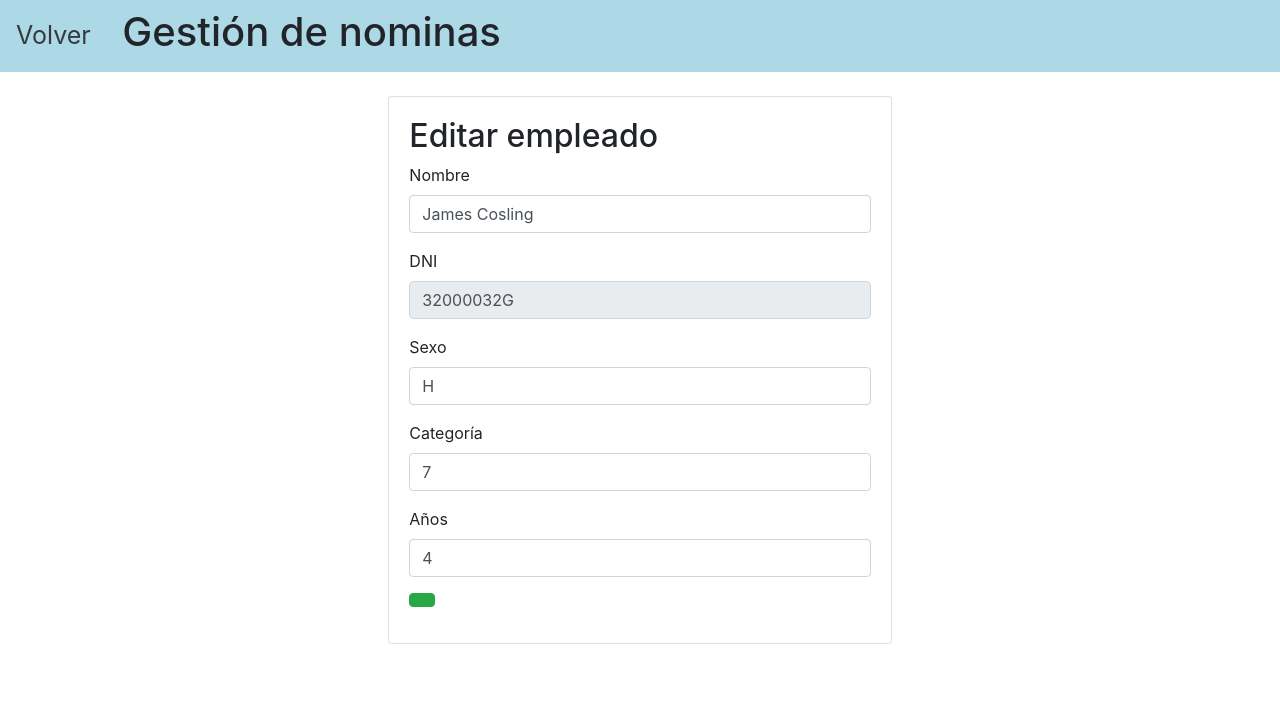
Repository: BurstSword/DWES
Page: http://localhost/NominasFinalV2/EmpleadoServlet?action=editar&dni=32000032G
These files come from the project's save history. The page is drawn as it stood at one moment and after the next save; the edit follows.
The browser window is 1280 px wide. The pictures show the whole page.
The page is served by Tomcat 9. Other server files are loaded and not shown. The database holds what the project's SQL file puts in it.

Above is the page before, as saved 2020-10-21 08:58:21.

### NominasFinalV2/WebContent/WEB-INF/pages/editarEmpleado.jsp
<%@ page language="java" contentType="text/html; charset=UTF-8"
 pageEncoding="UTF-8"%>
    <%@ taglib uri="http://java.sun.com/jsp/jstl/core" prefix="c"%>
        <html>

        <head>
            <title>Gestión de Nóminas</title>
            <link rel="stylesheet" href="//maxcdn.bootstrapcdn.com/bootstrap/4.0.0/css/bootstrap.min.css">
        </head>

        <body>

            <nav class="navbar navbar-expand-md navbar-dark" style="background-color: lightblue">
                <a href="/NominasFinalV2/EmpleadoServlet?action=lista" class="text-dark" style="font-size: 25px;">Volver</a>

                    <div class="container">
                      <h1 class="text-center">Gestión de nominas</h1>
                    </div>
                </nav>
            <br>
            <div class="container col-md-5">
                <div class="card">
                    <div class="card-body">
                        <h2>Editar empleado</h2>

                        <form method="post" action="/NominasFinalV2/EmpleadoServlet?action=modificar">

                        <fieldset class="form-group">
                            <label>Nombre</label> <input type="text" value="<c:out value='${empleado.nombre}' />" class="form-control"  name="nombre" required="required">
                        </fieldset>

						<fieldset class="form-group">
                            <label>DNI</label> <input readonly type="text" value="<c:out value='${empleado.dni}' />" class="form-control" name="dni" required="required">
                        </fieldset>

                        <fieldset class="form-group">
                            <label>Sexo</label> <input type="text" value="<c:out value='${empleado.sexo}' />" class="form-control" name="sexo" required="required">
                        </fieldset>

                        <fieldset class="form-group">
                            <label>Categoría</label> <input type="text" value="<c:out value='${empleado.categoria}' />" name="categoria" class="form-control" >
                        </fieldset>

                        <fieldset class="form-group">
                            <label>Años</label> <input type="text" value="<c:out value='${empleado.anyos}' />" name="anyos" class="form-control" >
                        </fieldset>

                        <button type="submit" class="btn btn-success"></button>
                        </form>
                    </div>
                </div>
            </div>
        </body>

        </html>

### NominasFinalV2/src/controlador/EmpleadoServlet.java
package controlador;

import java.io.IOException;
import java.sql.SQLException;
import java.util.List;

import javax.servlet.RequestDispatcher;
import javax.servlet.ServletException;
import javax.servlet.annotation.WebServlet;
import javax.servlet.http.HttpServlet;
import javax.servlet.http.HttpServletRequest;
import javax.servlet.http.HttpServletResponse;

import dao.EmpleadoDAO;
import model.Empleado;

/**
 * Servlet implementation class EmpleadoServlet
 */
@WebServlet("/EmpleadoServlet")
public class EmpleadoServlet extends HttpServlet {
	private static final long serialVersionUID = 1L;

    /**
     * @see HttpServlet#HttpServlet()
     */
    public EmpleadoServlet() {
        super();
        // TODO Auto-generated constructor stub
    }

	/**
	 * @see HttpServlet#doGet(HttpServletRequest request, HttpServletResponse response)
	 */
	protected void doGet(HttpServletRequest request, HttpServletResponse response) throws ServletException, IOException {
		// TODO Auto-generated method stub
		 String action = request.getParameter("action");

	        try {
	            switch (action) {
	                case "nuevoEmpleado":
	                    nuevoEmpleado(request, response);
	                    break;
	                case "lista":
	                	listarEmpleados(request, response);
	                    break;
	                case"eliminar":
	                	eliminarEmpleado(request, response);
	                	break;
	                case "editar":
	                    actualizarEmpleado(request,response);
	                    break;
	                case "menu":
	                    paginaPrincipal(request,response);
	                    break;
	            }
	        } catch (SQLException ex) {
	            throw new ServletException(ex);
	        }
	    }


	/**
	 * @see HttpServlet#doPost(HttpServletRequest request, HttpServletResponse response)
	 */
	protected void doPost(HttpServletRequest request, HttpServletResponse response) throws ServletException, IOException {
		// TODO Auto-generated method stub
		String action = request.getParameter("action");

        try {
            switch (action) {

                case "insertar":
                    insertarEmpleado(request, response);
                    break;
                case "modificar":
                	modificarEmpleado(request,response);
                	break;

            }
        } catch (SQLException ex) {
            throw new ServletException(ex);
        }
		doGet(request, response);
	}
	private void listarEmpleados(HttpServletRequest request, HttpServletResponse response)
		    throws SQLException, IOException, ServletException {
		        List < Empleado > listaEmpleado = EmpleadoDAO.listarEmpleados();
		        request.setAttribute("listaEmpleado", listaEmpleado);
		        RequestDispatcher dispatcher = request.getRequestDispatcher("/WEB-INF/pages/lista.jsp");
		        dispatcher.forward(request, response);
		    }

	 private void insertarEmpleado(HttpServletRequest request, HttpServletResponse response)
			    throws SQLException, IOException, ServletException {
			        String nombre = request.getParameter("nombre");
			        String dni = request.getParameter("dni");
			        String sexo = request.getParameter("sexo");
			        String anyosStr =request.getParameter("anyos") ;
			        String categoriaStr = request.getParameter("categoria") ;
			        System.out.println(nombre);
			        int anyos= Integer.parseInt(anyosStr);
			        int categoria= Integer.parseInt(categoriaStr);
			        Empleado empleado = new Empleado(nombre, dni, sexo, anyos, categoria);
			        EmpleadoDAO.insertarEmpleado(empleado);
			        listarEmpleados(request,response);
			    }

	 private void paginaPrincipal(HttpServletRequest request, HttpServletResponse response) throws ServletException, IOException {
		 RequestDispatcher dispatcher = request.getRequestDispatcher("index.jsp");
	        dispatcher.forward(request, response);
	 }
	 private void eliminarEmpleado(HttpServletRequest request, HttpServletResponse response)
			    throws SQLException, IOException, ServletException {
			        String dni = request.getParameter("dni");
			        EmpleadoDAO.eliminarEmpleado(dni);
			        listarEmpleados(request,response);

			    }
	 private void modificarEmpleado(HttpServletRequest request, HttpServletResponse response)
			    throws SQLException, IOException, ServletException {
			        String nombre = request.getParameter("nombre");
			        String dni = request.getParameter("dni");
			        String sexo = request.getParameter("sexo");
			        String anyosStr =request.getParameter("anyos") ;
			        String categoriaStr = request.getParameter("categoria") ;
			        System.out.println(nombre);
			        int anyos= Integer.parseInt(anyosStr);
			        int categoria= Integer.parseInt(categoriaStr);
			        Empleado empleado = new Empleado(nombre, dni, sexo, anyos, categoria);
			        EmpleadoDAO.actualizarEmpleado(empleado);
			        listarEmpleados(request,response);
			    }
	 private void actualizarEmpleado(HttpServletRequest request, HttpServletResponse response)
			    throws SQLException, IOException, ServletException {

			        String dni = request.getParameter("dni");

			        Empleado empleado = EmpleadoDAO.extraerEmpleado(dni);
			        request.setAttribute("empleado",empleado);
			        RequestDispatcher dispatcher = request.getRequestDispatcher("/WEB-INF/pages/editarEmpleado.jsp");
			        dispatcher.forward(request, response);


			    }
	 private void nuevoEmpleado(HttpServletRequest request, HttpServletResponse response) throws ServletException, IOException {
		 RequestDispatcher dispatcher = request.getRequestDispatcher("/WEB-INF/pages/nuevoEmpleado.jsp");
	        dispatcher.forward(request, response);
	 }
}

### NominasFinalV2/src/dao/EmpleadoDAO.java
package dao;

import java.sql.Connection;
import java.sql.DriverManager;
import java.sql.PreparedStatement;
import java.sql.ResultSet;
import java.sql.SQLException;
import java.sql.Statement;
import java.util.ArrayList;
import java.util.List;

import model.Empleado;
import model.Nomina;

public class EmpleadoDAO {

	private static Connection dbConnection;

	private static final String insertarEmpleadoSQL = "INSERT INTO empleados"
			+ "  (nombre, dni, sexo, anyos, categoria) VALUES " + " (?, ?, ?, ? , ?);";

	private static final String extraerEmpleado = "select nombre, dni, sexo, anyos, categoria from empleados where dni =?";
	private static final String listarEmpleados = "select * from empleados";
	private static final String eliminarEmpleado = "delete from empleados where dni = ?;";
	private static final String eliminarNomina = "delete from nominas where dniEmpleados = ?;";
	private static final String actualizarEmpleado = "update empleados set nombre = ?,sexo= ?, categoria =?, anyos =? where dni = ?;";

	public static Connection getDBConnection() {
		try {
			Class.forName("com.mysql.cj.jdbc.Driver");
		} catch (ClassNotFoundException e) {
			System.out.println(e.getMessage());
		}

		try {
			dbConnection = DriverManager.getConnection("jdbc:mysql://localhost/nominas", "root", "");
		} catch (SQLException e) {
			System.out.println(e.getMessage());
		}
		return dbConnection;
	}

	public static void insertarEmpleado(Empleado empleado) throws SQLException {


		try (Connection connection = getDBConnection();
				PreparedStatement preparedStatement = connection.prepareStatement(insertarEmpleadoSQL)) {
			preparedStatement.setString(1, empleado.getNombre());
			preparedStatement.setString(2, empleado.getDni());
			preparedStatement.setString(3, empleado.getSexo());
			preparedStatement.setInt(4, empleado.getAnyos());
			preparedStatement.setInt(5, empleado.getCategoria());
			preparedStatement.executeUpdate();
		} catch (SQLException e) {
			System.out.println("Error al insertar el empleado");
		}
	}



	public static List<Empleado> listarEmpleados() {
		Connection connection = null;
		PreparedStatement preparedStatement = null;
		ResultSet rs = null;
		List<Empleado> empleados = new ArrayList<>();

		try {
			connection = getDBConnection();

			preparedStatement = connection.prepareStatement(listarEmpleados);

			rs = preparedStatement.executeQuery();

			while (rs.next()) {
				String nombre = rs.getString("nombre");
				String dni = rs.getString("dni");
				String sexo = rs.getString("sexo");
				int anyos = rs.getInt("anyos");
				int categoria = rs.getInt("categoria");
				empleados.add(new Empleado(nombre, dni, sexo, anyos, categoria));
			}

		} catch (SQLException e) {
			e.printStackTrace();
		}
		return empleados;
	}
	public static boolean eliminarEmpleado(String dni) throws SQLException {
        boolean rowDeleted;
        try {
        	Connection connection = getDBConnection();
        	PreparedStatement statement = connection.prepareStatement(eliminarEmpleado);
        	PreparedStatement statementNomina = connection.prepareStatement(eliminarNomina);

            statement.setString(1, dni);
            statementNomina.setString(1, dni);

            rowDeleted = statement.executeUpdate() > 0;
            rowDeleted = statementNomina.executeUpdate() >0;
        return rowDeleted;
    }finally {

    }
	}
	public static boolean actualizarEmpleado(Empleado empleado) throws SQLException {
        boolean filaActualizada;
        try (Connection connection = getDBConnection(); PreparedStatement statement = connection.prepareStatement(actualizarEmpleado);) {
            statement.setString(1, empleado.getNombre());
            statement.setString(2, empleado.getDni());
            statement.setString(3, empleado.getSexo());
            statement.setInt(4, empleado.getCategoria());
            statement.setInt(5, empleado.getAnyos());

            filaActualizada = statement.executeUpdate() > 0;
        }
        return filaActualizada;
    }
	public static Empleado extraerEmpleado(String dniEmpleado) {
		Connection connection = null;
		PreparedStatement preparedStatement = null;
		ResultSet rs = null;
		Empleado empleado = null;

		try {
			connection = getDBConnection();

			preparedStatement = connection.prepareStatement(extraerEmpleado);

			preparedStatement.setString(1, dniEmpleado);

			rs = preparedStatement.executeQuery();

			rs.absolute(1);
				String nombre = rs.getString("nombre");
				String dni = rs.getString("dni");
				String sexo = rs.getString("sexo");
				int anyos = rs.getInt("anyos");
				int categoria = rs.getInt("categoria");
				empleado =new Empleado(nombre, dni, sexo, anyos, categoria);


		} catch (SQLException e) {
			e.printStackTrace();
		}
		return empleado;
	}
}

### NominasFinalV2/src/model/Empleado.java
package model;

public class Empleado  {
    private String nombre, dni, sexo;
    private int categoria, anyos;


	public Empleado(String nombre, String dni, String sexo, int categoria, int anyos) {
		this.nombre = nombre;
		this.dni = dni;
		this.sexo = sexo;
		this.categoria = categoria;
		this.anyos = anyos;
	}


	public String getNombre() {
		return nombre;
	}


	public void setNombre(String nombre) {
		this.nombre = nombre;
	}


	public String getDni() {
		return dni;
	}


	public void setDni(String dni) {
		this.dni = dni;
	}


	public String getSexo() {
		return sexo;
	}


	public void setSexo(String sexo) {
		this.sexo = sexo;
	}


	public int getCategoria() {
		return categoria;
	}


	public void setCategoria(int categoria) {
		this.categoria = categoria;
	}


	public int getAnyos() {
		return anyos;
	}


	public void setAnyos(int anyos) {
		this.anyos = anyos;
	}




}

### NominasFinalV2/sql/nominas(1).sql (the tables this page reads)
CREATE TABLE `empleados` (
  `nombre` varchar(20) DEFAULT NULL,
  `dni` varchar(20) NOT NULL,
  `sexo` varchar(20) DEFAULT NULL,
  `categoria` int(10) DEFAULT NULL,
  `anyos` int(10) DEFAULT NULL
) ENGINE=InnoDB DEFAULT CHARSET=utf8mb4;

INSERT INTO `empleados` (`nombre`, `dni`, `sexo`, `categoria`, `anyos`) VALUES
('James Cosling', '32000032G', 'H', 4, 7),
('Jesús Pinto', '32000132G', 'H', 2, 5),
('Aitor Tilla', '32000532G', 'H', 6, 2);

After the next save:
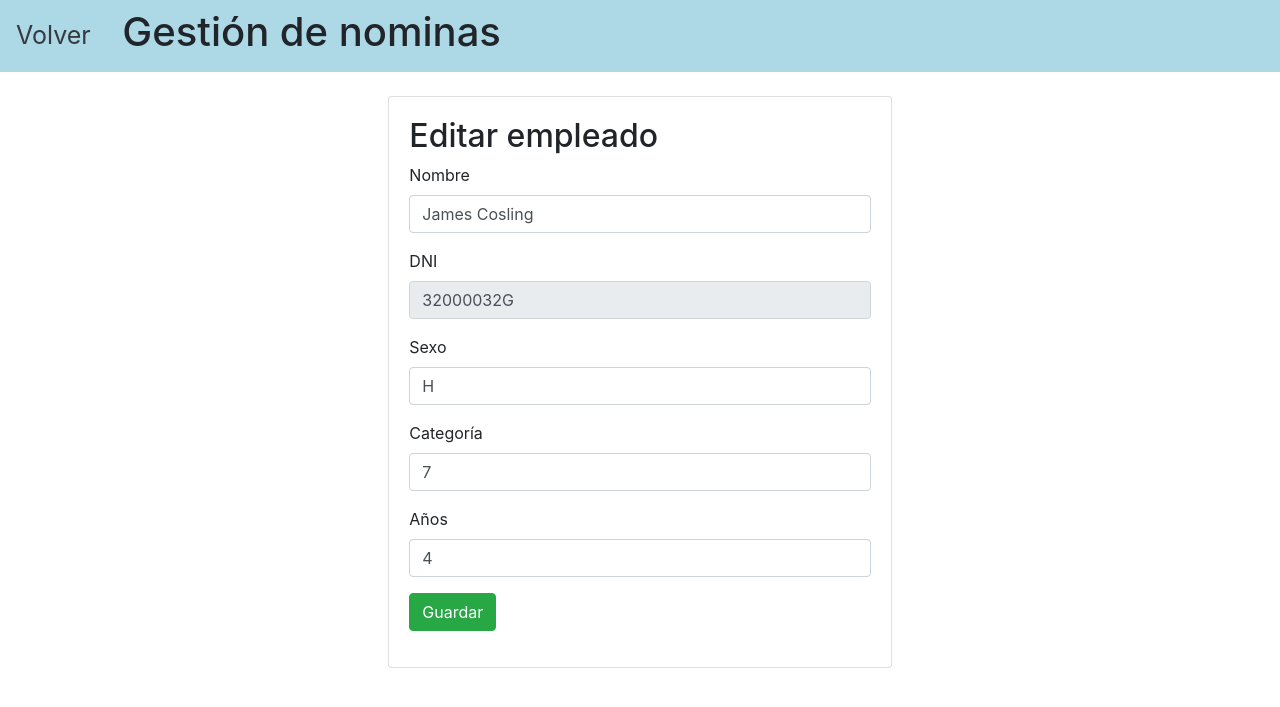
Saved 26 s later.
--- a/NominasFinalV2/WebContent/WEB-INF/pages/editarEmpleado.jsp
+++ b/NominasFinalV2/WebContent/WEB-INF/pages/editarEmpleado.jsp
@@ -45,7 +45,7 @@
                             <label>Años</label> <input type="text" value="<c:out value='${empleado.anyos}' />" name="anyos" class="form-control" >
                         </fieldset>
 
-                        <button type="submit" class="btn btn-success"></button>
+                        <input type="submit" value="Guardar" class="btn btn-success">
                         </form>
                     </div>
                 </div>
